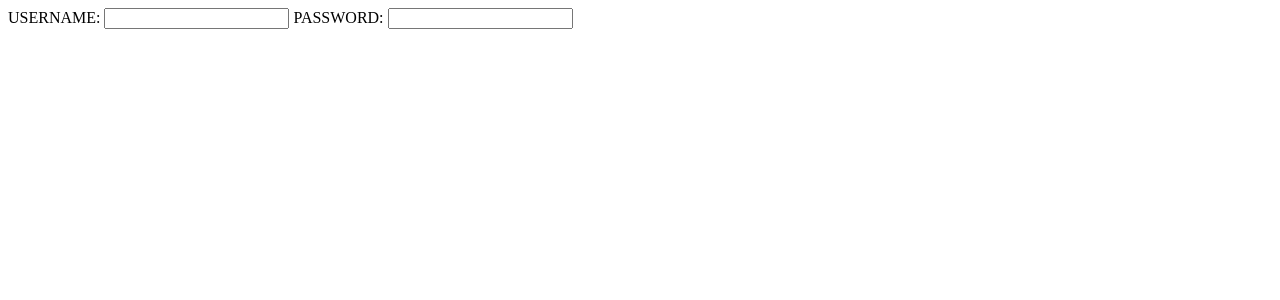
Repository: sakshipatil1305/Sak
Page: http://localhost/BookApp/login.jsp
An editor plug-in stored every save of this project. The page is shown before and after the next save, followed by the edit.
The browser window is 1280 px wide. The pictures show the whole page.
The page is served by Tomcat 9.

Above is the page before, as saved 2018-08-16 07:12:56.

After the next save:
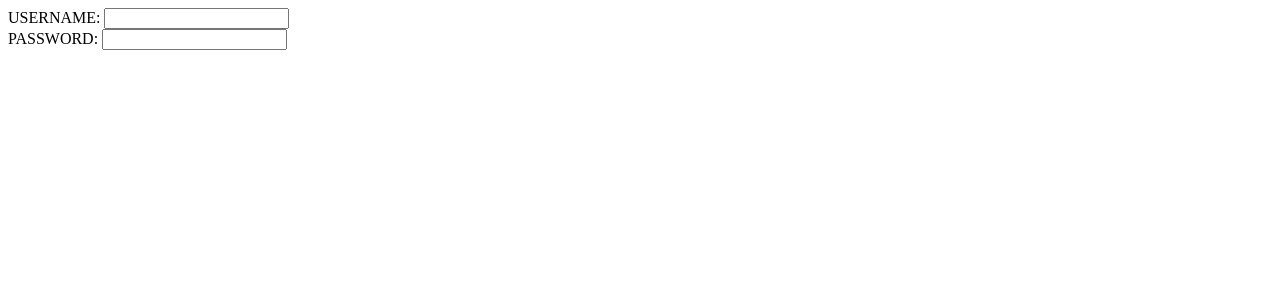
Saved 17 s later.
--- a/BookApp/WebContent/login.jsp
+++ b/BookApp/WebContent/login.jsp
@@ -8,7 +8,7 @@
 </head>
 <body>
 	<form action="">
-		USERNAME: <input type="text" name="username">
+		USERNAME: <input type="text" name="username"> <br>
 		PASSWORD: <input type="text" name="password">
 	</form>
 
